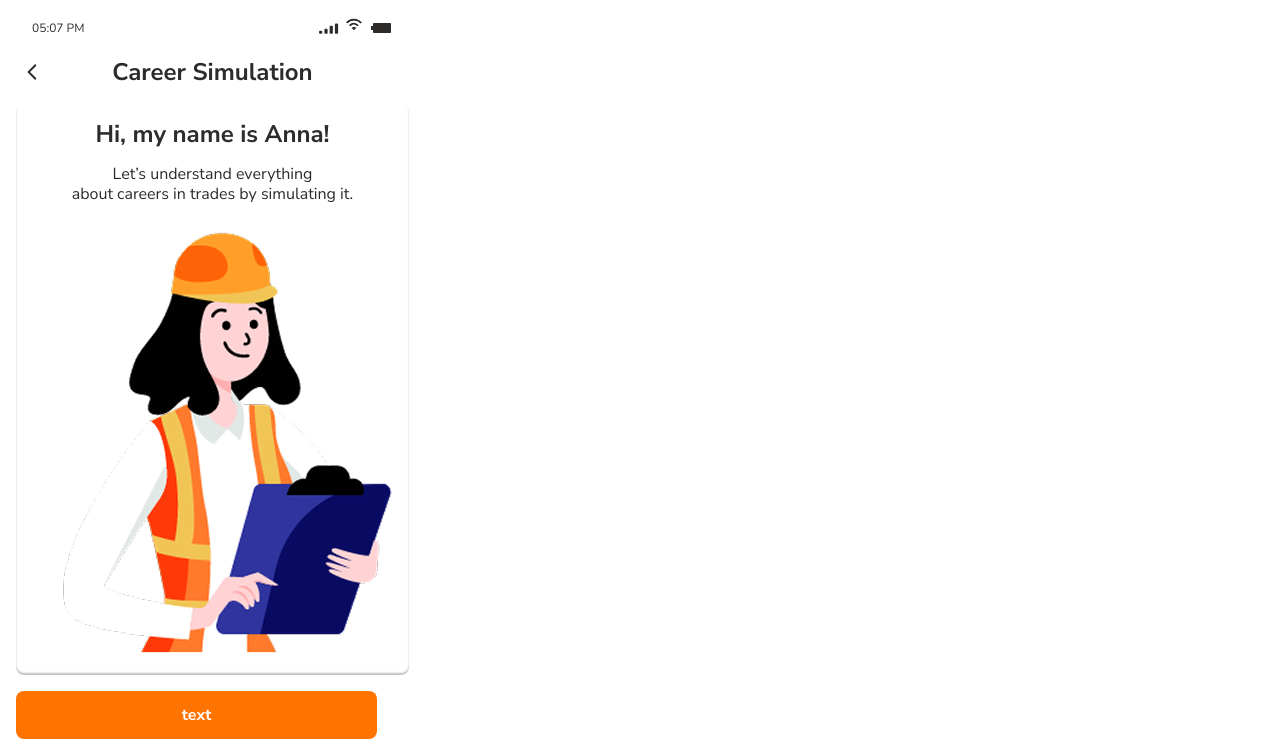
Repository: daniel-liu01/week10books
Page: /
The author's editor kept a copy of each file at every save. The page is drawn from the files as they stood at one save, then again after the next save.
The browser window is 1280 px wide. The pictures show the whole page.
The project was rebuilt for these pictures with package versions that can differ from the ones it lists, and the page was loaded fresh each time. Also part of the build but not shown: vite.config.js, vite.config.ts, src/App.css.

Above is the page before, as saved 2025-10-17 18:25:18.

### index.html
<!DOCTYPE html>
<html lang="en">
    <head>
        <meta charset="UTF-8" />
        <link
            rel="icon"
            type="image/svg+xml"
            href="/vite.svg" />
        <meta
            name="viewport"
            content="width=device-width, initial-scale=1.0" />
        <title>frontend</title>
        <link
            rel="preconnect"
            href="https://fonts.googleapis.com" />
        <link
            rel="preconnect"
            href="https://fonts.gstatic.com"
            crossorigin />
        <link
            href="https://fonts.googleapis.com/css2?family=Nunito+Sans:ital,opsz,wght@0,6..12,200..1000;1,6..12,200..1000&display=swap"
            rel="stylesheet" />
    </head>
    <body>
        <div id="root"></div>
        <script
            type="module"
            src="/src/main.jsx"></script>
    </body>
</html>

### src/index.css
/* ------------------------------------------------------ GENERAL STYLES ------------------------------------------------------ */
*,
*::before,
*::after {
    box-sizing: inherit;
}

html,
body {
    font-family: var(--font-family);
    box-sizing: border-box;
}

body {
    width: 393px;
    min-height: 100vh;
    margin: 16px;
    display: flex;
    flex-direction: column;
    gap: var(--space-large);
}

html {
    display: flex;
    align-items: flex-start;
}

/* ------------------------------------------------------ VARIABLES ------------------------------------------------------ */
:root {
    /* ----- COLORS ----- */
    --primary-50: #fff1e6;
    --primary-100: #ffd4b0;
    --primary-200: #ffbf8a;
    --primary-300: #ffa155;
    --primary-400: #ff8f34;
    --primary-500: #ff7301;
    --primary-600: #e86901;
    --primary-700: #b55201;
    --primary-800: #8c3f01;
    --primary-900: #6b3000;

    --secondary-50: #eefae6;
    --secondary-100: #cbefb1;
    --secondary-200: #b2e88b;
    --secondary-300: #8fdd55;
    --secondary-400: #79d635;
    --secondary-500: #58cc02;
    --secondary-600: #50ba02;
    --secondary-700: #3e9101;
    --secondary-800: #307001;
    --secondary-900: #255601;

    /* -- neutral colors -- */

    --offwhite-500: #f9f9f9;
    --white: #ffffff;
    --black-50: #eaeaea;
    --black-100: #bebebd;
    --black-200: #9e9e9d;
    --black-300: #727271;
    --black-400: #575655;
    --black-500: #2d2c2b;

    /* ----- TYPE ----- */
    --font-family: "Nunito Sans", sans-serif;

    --font-size-extra-large: 88px;
    --font-size-large: 30px;
    --font-size-extra-medium: 24px;
    --font-size-medium: 20px;
    --font-size-regular: 16px;
    --font-size-small: 12px;
    --font-size-extra-small: 10px;

    --font-style-normal: normal;
    --font-weight-bold: bold;

    --line-height-xxlarge: 100px;
    --line-height-large: 36px;
    --line-height-medium: 28px;
    --line-height-small: 20px;

    /* ----- SPACING ----- */
    --space-extra-small: 4px;
    --space-small: 8px;
    --space-regular: 16px;
    --space-medium: 32px;
    --space-large: 48px;
    --space-extra-large: 140px;

    /* ----- Inner shadow ----- */
    --inner-shadow: 0 -2px 2px 0 rgba(0, 0, 0, 0.25);
}

### src/App.jsx
import { useState } from "react";
import { BrowserRouter as Router, Routes, Route } from "react-router-dom";
import "./App.css";

import Simulation from "../app/Simulation/Simulation";

function App() {
    return (
        <div>
            <Simulation />
        </div>
    );
}

export default App;

### app/Simulation/Simulation.jsx
import styles from "./Simulation.module.css";
import StatusBar from "../../components/StatusBar/StatusBar";
import HeadingBar from "../../components/HeadingBar/HeadingBar";
import Card from "../../components/Card/Card";
import Button from "../../components/Button/Button";

function Simulation() {
    return (
        <div className={styles.container}>
            <StatusBar />
            <HeadingBar />
            <Card
                image='Anna.png'
                title='Hi, my name is Anna!'
                description={
                    <>
                        Let’s understand everything <br />
                        about careers in trades by simulating it.
                    </>
                }
            />
            <Button
                type='primary'
                disabled='boolean'
                icon='icon'
                size='small'
                value='text'
                onClick='function'
            />
        </div>
    );
}

export default Simulation;

### app/Simulation/Simulation.module.css
.container {
    display: flex;
    flex-direction: column;
    gap: var(--space-regular);
}

### components/StatusBar/StatusBar.jsx
import styles from "./StatusBar.module.css";
import Hour from "../Hour/Hour";

const StatusBar = () => {
    return (
        <div className={styles.container}>
            <Hour />
            <div className={styles.right}>
                <svg
                    className={styles.icon}
                    width='20'
                    height='11'
                    viewBox='0 0 20 11'
                    fill='none'
                    xmlns='http://www.w3.org/2000/svg'>
                    <rect
                        x='15.8765'
                        y='0.600098'
                        width='3.23284'
                        height='10.2222'
                        rx='1.02778'
                    />
                    <rect
                        x='10.6338'
                        y='2.64453'
                        width='3.23284'
                        height='8.17778'
                        rx='1.02778'
                    />
                    <rect
                        x='5.3916'
                        y='5.71094'
                        width='3.23284'
                        height='5.11111'
                        rx='1.02778'
                    />
                    <rect
                        x='0.0327148'
                        y='7.75537'
                        width='3.23284'
                        height='3.06667'
                        rx='1.02778'
                    />
                </svg>

                <svg
                    className={styles.icon}
                    width='22'
                    height='20'
                    viewBox='0 0 22 20'
                    fill='none'
                    xmlns='http://www.w3.org/2000/svg'>
                    <mask
                        id='path-1-inside-1_2157_1042'
                        fill='white'>
                        <path d='M15.9006 7.3897C15.3805 6.57002 14.6486 5.88977 13.7741 5.41333C12.8995 4.93689 11.9113 4.68001 10.9029 4.66702C9.89445 4.65403 8.89922 4.88535 8.01135 5.33908C7.12349 5.79281 6.37237 6.45396 5.82907 7.25994L7.69376 8.391C8.03417 7.88601 8.50479 7.47176 9.06109 7.18747C9.6174 6.90317 10.241 6.75824 10.8728 6.76638C11.5046 6.77452 12.1238 6.93547 12.6718 7.23399C13.2197 7.53251 13.6783 7.95873 14.0042 8.47231L15.9006 7.3897Z' />
                    </mask>
                    <path
                        d='M15.9006 7.3897C15.3805 6.57002 14.6486 5.88977 13.7741 5.41333C12.8995 4.93689 11.9113 4.68001 10.9029 4.66702C9.89445 4.65403 8.89922 4.88535 8.01135 5.33908C7.12349 5.79281 6.37237 6.45396 5.82907 7.25994L7.69376 8.391C8.03417 7.88601 8.50479 7.47176 9.06109 7.18747C9.6174 6.90317 10.241 6.75824 10.8728 6.76638C11.5046 6.77452 12.1238 6.93547 12.6718 7.23399C13.2197 7.53251 13.6783 7.95873 14.0042 8.47231L15.9006 7.3897Z'
                        strokeWidth='4.11111'
                        mask='url(#path-1-inside-1_2157_1042)'
                    />
                    <mask
                        id='path-2-inside-2_2157_1042'
                        fill='white'>
                        <path d='M19.0832 4.55309C18.1524 3.34672 16.9405 2.3605 15.542 1.67127C14.1435 0.982029 12.5961 0.608389 11.0204 0.579456C9.4447 0.550522 7.88323 0.867077 6.45765 1.50446C5.03207 2.14184 3.78086 3.08283 2.80152 4.25413L4.5268 5.55219C5.29548 4.63284 6.27755 3.89425 7.39649 3.39397C8.51543 2.8937 9.74102 2.64523 10.9778 2.66794C12.2145 2.69065 13.4291 2.98392 14.5268 3.5249C15.6245 4.06588 16.5757 4.83997 17.3063 5.78684L19.0832 4.55309Z' />
                    </mask>
                    <path
                        d='M19.0832 4.55309C18.1524 3.34672 16.9405 2.3605 15.542 1.67127C14.1435 0.982029 12.5961 0.608389 11.0204 0.579456C9.4447 0.550522 7.88323 0.867077 6.45765 1.50446C5.03207 2.14184 3.78086 3.08283 2.80152 4.25413L4.5268 5.55219C5.29548 4.63284 6.27755 3.89425 7.39649 3.39397C8.51543 2.8937 9.74102 2.64523 10.9778 2.66794C12.2145 2.69065 13.4291 2.98392 14.5268 3.5249C15.6245 4.06588 16.5757 4.83997 17.3063 5.78684L19.0832 4.55309Z'
                        strokeWidth='4.11111'
                        mask='url(#path-2-inside-2_2157_1042)'
                    />
                    <path d='M13.5162 9.77759L10.8222 12.3331L8.66699 9.77759L9.23963 9.50599C10.2507 9.02643 11.4136 8.97977 12.4599 9.37676L13.5162 9.77759Z' />
                </svg>

                <svg
                    className={styles.icon}
                    width='24'
                    height='24'
                    viewBox='0 0 24 24'
                    fill='none'
                    xmlns='http://www.w3.org/2000/svg'>
                    <path d='M5 17C4.71667 17 4.47917 16.9042 4.2875 16.7125C4.09583 16.5208 4 16.2833 4 16V14H2V10H4V8C4 7.71667 4.09583 7.47917 4.2875 7.2875C4.47917 7.09583 4.71667 7 5 7H21C21.2833 7 21.5208 7.09583 21.7125 7.2875C21.9042 7.47917 22 7.71667 22 8V16C22 16.2833 21.9042 16.5208 21.7125 16.7125C21.5208 16.9042 21.2833 17 21 17H5Z' />
                </svg>
            </div>
        </div>
    );
};

export default StatusBar;

### components/HeadingBar/HeadingBar.jsx
import styles from "./HeadingBar.module.css";
import ArrowBack from "../ArrowBack/ArrowBack";

function HeadingBar() {
    return (
        <div className={styles.heading_container}>
            <ArrowBack />
            <h1 className={styles.heading_pageTitle}>Career Simulation</h1>
            <div className={styles.heading_placeholder}></div>
        </div>
    );
}

export default HeadingBar;

### components/Card/Card.jsx
import styles from "./Card.module.css";

function Card({ image, title, description }) {
    return (
        <div className={styles.container}>
            <div className={styles.content}>
                <h3 className={styles.title}>{title}</h3>
                <p className={styles.description}>{description}</p>
            </div>
            {image && (
                <div className={styles.image_wrapper}>
                    <img
                        src={image}
                        alt={title}
                        className={styles.image}
                    />
                </div>
            )}
        </div>
    );
}

export default Card;

### components/Button/Button.jsx
import styles from "./Button.module.css";

function Button({
    type = "primary",
    isDisabled = false,
    size = "default",
    value,
    onClick,
}) {
    // Monta o nome da classe manualmente
    let buttonClass = styles.button;

    if (type === "primary") buttonClass += ` ${styles.primary}`;
    if (type === "secondary") buttonClass += ` ${styles.secondary}`;
    if (type === "terciary") buttonClass += ` ${styles.terciary}`;
    if (type === "warning") buttonClass += ` ${styles.error}`;
    if (size === "small") buttonClass += ` ${styles.small}`;
    if (size === "large") buttonClass += ` ${styles.large}`;
    if (isDisabled) buttonClass += ` ${styles.disabled}`;

    return (
        <input
            type='button'
            className={buttonClass}
            value={value}
            onClick={onClick}
            disabled={isDisabled}
        />
    );
}

export default Button;

### components/StatusBar/StatusBar.module.css
.container {
    display: flex;
    flex-direction: row;
    align-items: center;
    justify-content: space-between;
    width: 393px;
    padding: 0 var(--space-regular);
    margin: 0;
}

.right {
    display: flex;
    align-items: center;
    gap: var(--space-extra-small);
}

.icon {
    fill: var(--black-500);
}

### components/Hour/Hour.jsx
"use client";
import { useEffect, useState } from "react";
import styles from "./Hour.module.css";

const Hour = () => {
    const [currentTime, setCurrentTime] = useState(new Date());

    useEffect(() => {
        const timer = setInterval(() => {
            setCurrentTime(new Date());
        }, 1000);

        return () => clearInterval(timer);
    }, []);

    const formattedTime = currentTime.toLocaleTimeString("en-US", {
        hour: "2-digit",
        minute: "2-digit",
        hour12: true,
    });

    return <div className={styles.hour}>{formattedTime}</div>;
};

export default Hour;

### components/HeadingBar/HeadingBar.module.css
.heading_container {
    width: 100%;
    display: flex;
    align-items: center;
    justify-content: space-between;
    gap: var(--space-small);
    margin: 0;
    padding: 0;
}

.heading_pageTitle {
    font-weight: var(--font-weight-bold);
    font-size: var(--font-size-extra-medium);
    margin: 0;
    line-height: 1;
    color: var(--black-500);
}

.heading_placeholder {
    width: var(--space-medium);
    height: var(--space-medium);
    visibility: hidden;
}

### components/ArrowBack/ArrowBack.jsx
import styles from "./ArrowBack.module.css";

function ArrowBack() {
    return (
        <div className={styles.arrow_container}>
            <svg
                className={styles.arrow_icon}
                xmlns='http://www.w3.org/2000/svg'
                width='16'
                height='16'
                viewBox='0 0 12 20'
                fill='none'>
                <path
                    d='M10.7071 19.2929C10.3166 19.6834 9.68342 19.6834 9.29289 19.2929L0.707106 10.7071C0.316582 10.3166 0.316583 9.68342 0.707107 9.29289L9.29289 0.707106C9.68342 0.316582 10.3166 0.316582 10.7071 0.707107L11.0679 1.06789C11.4584 1.45842 11.4584 2.09158 11.0679 2.48211L3.55 10L11.0679 17.5179C11.4584 17.9084 11.4584 18.5416 11.0679 18.9321L10.7071 19.2929Z'
                    fill='currentColor'
                />
            </svg>
        </div>
    );
}

export default ArrowBack;

### components/Card/Card.module.css
.container {
    display: flex;
    flex-direction: column;
    justify-content: space-between;
    align-items: center;
    border-radius: var(--space-small);
    background: var(--white);
    box-shadow: var(--inner-shadow) inset;
    padding: var(--space-regular);
}

.content {
    display: flex;
    flex-direction: column;
    justify-content: space-between;
    align-items: center;
    font-family: var(--font-family);
    color: var(--black-500);
    text-align: center;
    gap: var(--space-regular);
}

.title {
    font-size: var(--font-size-extra-medium);
    font-weight: var(--font-weight-bold);
    line-height: var(--line-height-medium);
    margin: 0;
}

.description {
    font-size: var(--font-size-regular);
    line-height: var(--line-height-small);
    margin: 0;
}

.image_wrapper {
}

.image {
}

### components/Button/Button.module.css
.button {
    display: block;
    align-items: stretch;
    justify-content: center;
    width: 361px;
    height: 48px;
    line-height: var(--space-large);
    box-sizing: border-box;
    text-align: center;

    font-family: var(--font-family);
    font-size: var(--font-size-regular);
    font-weight: var(--font-weight-bold);

    padding: 0 var(--space-regular);
    margin: 0;
    border-radius: 8px;
    border: none;

    &:hover {
        background-color: var(--primary-700);
        color: var(--white);
    }
}

.primary {
    background: var(--primary-500);
    color: var(--white);
}

.large {
    height: 48px;
    line-height: 48px;
    padding: 0;
    align-items: center;
    justify-content: center;
    text-align: center;
}

### components/Hour/Hour.module.css
.hour {
    color: var(--black-500);
    font-family: var(--font-family);
    font-size: var(--font-size-small);
}

### components/ArrowBack/ArrowBack.module.css
.arrow_container {
    display: inline-flex;
    align-items: center;
    justify-content: center;
    background: none;
    border: none;
    cursor: pointer;
    padding: 0;
    width: var(--space-medium);
    height: var(--space-medium);
}

.arrow_icon {
    color: var(--black-500);
    width: var(--space-regular);
    height: var(--space-regular);
}

.arrow_container:hover .arrow_icon {
    color: var(--primary-500);
}

Loaded but not shown: src/main.jsx (common file)

After the next save:
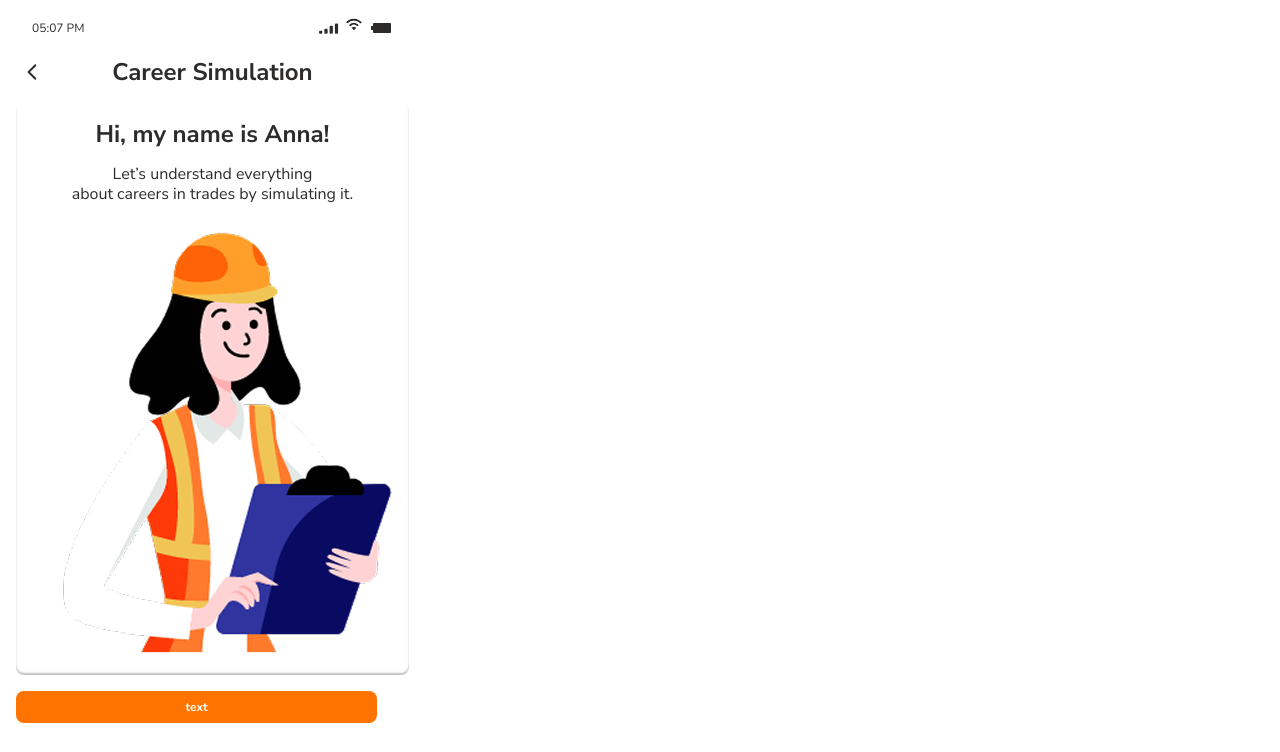
Saved 30 s later.
--- a/components/Button/Button.module.css
+++ b/components/Button/Button.module.css
@@ -1,11 +1,8 @@
 .button {
     display: block;
-    align-items: stretch;
-    justify-content: center;
     width: 361px;
     height: 48px;
-    line-height: var(--space-large);
-    box-sizing: border-box;
+    line-height: 48px;
     text-align: center;
 
     font-family: var(--font-family);
@@ -16,23 +13,49 @@
     margin: 0;
     border-radius: 8px;
     border: none;
+    cursor: pointer;
+    transition: background-color 0.2s ease-in-out, color 0.2s ease-in-out;
+}
 
-    &:hover {
-        background-color: var(--primary-700);
-        color: var(--white);
-    }
+.button:hover {
+    background-color: var(--primary-700);
+    color: var(--white);
 }
 
 .primary {
-    background: var(--primary-500);
+    background-color: var(--primary-500);
     color: var(--white);
 }
 
+.secondary {
+    background-color: var(--white);
+    border: 1px solid var(--primary-500);
+    color: var(--primary-500);
+}
+
+.terciary {
+    background-color: var(--primary-50);
+    color: var(--primary-500);
+}
+
+.error {
+    background-color: var(--primary-300);
+    color: var(--white);
+}
+
+.disabled {
+    pointer-events: none;
+    color: var(--white);
+    background-color: var(--primary-100);
+}
+
+.small {
+    font-size: var(--font-size-small);
+    height: 32px;
+    line-height: 32px;
+}
+
 .large {
-    height: 48px;
-    line-height: 48px;
-    padding: 0;
-    align-items: center;
-    justify-content: center;
-    text-align: center;
+    height: 56px;
+    line-height: 56px;
 }
